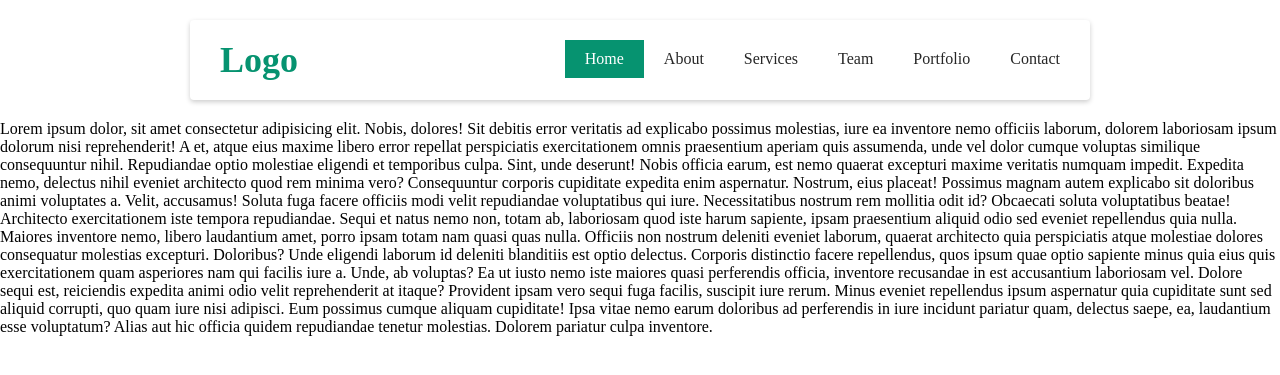
Repository: Sirius018/InventoryGenius
Page: http://localhost/Home
An editor plug-in stored every save of this project. The page is shown before and after a run of saves, followed by the edit.
The browser window is 1280 px wide. The pictures show the whole page.
The page is this project's Thymeleaf template; nobody is signed in. The template is opened directly, without the code that normally fills it, so the values that code supplies are empty.

Above is the page before, as saved 2023-06-05 03:28:26.

### ADW/InventoryGenius/src/main/resources/templates/Home.html
<!DOCTYPE html>
<html lang="en" xmlns:th="http://www.thymeleaf.org">
<head>
    <meta charset="UTF-8">
    <meta http-equiv="X-UA-Compatible" content="IE=edge">
    <meta name="viewport" content="width=device-width, initial-scale=1.0">
    <link href="https://stackpath.bootstrapcdn.com/font-awesome/4.7.0/css/font-awesome.min.css" rel="stylesheet">
    <link rel="stylesheet" href="../static/css/home.css">
    <title>Practica 50</title>
</head>
<body>

<header>
        <div class="header">
            <a class="logo" href="#">Logo</a>
        <div class="menu-toggle"></div>
        <nav>
            <ul>
                <li><a class="active" href="#">Home</a></li>
                <li><a href="#">About</a></li>
                <li><a href="#">Services</a></li>
                <li><a href="#">Team</a></li>
                <li><a href="#">Portfolio</a></li>
                <li><a href="#">Contact</a></li>
            </ul>
        </nav>
        <div class="clearfix"></div>
        </div>
    </header>

    <div>
        Lorem ipsum dolor, sit amet consectetur adipisicing elit. Nobis, dolores! Sit debitis error veritatis ad explicabo possimus molestias, iure ea inventore nemo officiis laborum, dolorem laboriosam ipsum dolorum nisi reprehenderit!
        A et, atque eius maxime libero error repellat perspiciatis exercitationem omnis praesentium aperiam quis assumenda, unde vel dolor cumque voluptas similique consequuntur nihil. Repudiandae optio molestiae eligendi et temporibus culpa.
        Sint, unde deserunt! Nobis officia earum, est nemo quaerat excepturi maxime veritatis numquam impedit. Expedita nemo, delectus nihil eveniet architecto quod rem minima vero? Consequuntur corporis cupiditate expedita enim aspernatur.
        Nostrum, eius placeat! Possimus magnam autem explicabo sit doloribus animi voluptates a. Velit, accusamus! Soluta fuga facere officiis modi velit repudiandae voluptatibus qui iure. Necessitatibus nostrum rem mollitia odit id?
        Obcaecati soluta voluptatibus beatae! Architecto exercitationem iste tempora repudiandae. Sequi et natus nemo non, totam ab, laboriosam quod iste harum sapiente, ipsam praesentium aliquid odio sed eveniet repellendus quia nulla.
        Maiores inventore nemo, libero laudantium amet, porro ipsam totam nam quasi quas nulla. Officiis non nostrum deleniti eveniet laborum, quaerat architecto quia perspiciatis atque molestiae dolores consequatur molestias excepturi. Doloribus?
        Unde eligendi laborum id deleniti blanditiis est optio delectus. Corporis distinctio facere repellendus, quos ipsum quae optio sapiente minus quia eius quis exercitationem quam asperiores nam qui facilis iure a.
        Unde, ab voluptas? Ea ut iusto nemo iste maiores quasi perferendis officia, inventore recusandae in est accusantium laboriosam vel. Dolore sequi est, reiciendis expedita animi odio velit reprehenderit at itaque?
        Provident ipsam vero sequi fuga facilis, suscipit iure rerum. Minus eveniet repellendus ipsum aspernatur quia cupiditate sunt sed aliquid corrupti, quo quam iure nisi adipisci. Eum possimus cumque aliquam cupiditate!
        Ipsa vitae nemo earum doloribus ad perferendis in iure incidunt pariatur quam, delectus saepe, ea, laudantium esse voluptatum? Alias aut hic officia quidem repudiandae tenetur molestias. Dolorem pariatur culpa inventore.
    </div>



<script src="https://code.jquery.com/jquery-3.6.0.js" integrity="sha256-H+K7U5CnXl1h5ywQfKtSj8PCmoN9aaq30gDh27Xc0jk=" crossorigin="anonymous"></script>
<script src="../static/js/home.js"></script>
</body>
</html>

### ADW/InventoryGenius/src/main/resources/static/css/home.css
/********************************** RESET PROPIEDADES **********************************/
* {
    margin: 0;
    padding: 0;
    box-sizing: border-box;
}
a {
    text-decoration: none;
    color: inherit;
}
ul, ol {
    list-style: none;
}
body, h1, h2, h3, h4, h5, h6, p, ul, ol, li {
    margin: 0;
    padding: 0;
    font-size: 100%;
    font-weight: normal;
}
img {
    display: block;
    max-width: 100%;
    height: auto;
}
input, textarea, button {
    margin: 0;
    padding: 0;
    border: none;
    outline: none;
    background: none;
    font-family: inherit;
    font-size: inherit;
    color: inherit;
    resize: none;
}
button {
    cursor: pointer;
}
li {
    list-style: none;
}
/************************************************************************************************************/





.header{
    position: relative;
    max-width: 900px;
    margin: 20px auto;
    padding: 10px;
    background: #fff;
    box-sizing: border-box;
    border-radius: 4px;
    box-shadow: 0 2px 5px rgba(0,0,0,.2);
}

.logo{
    color: #069370;
    height: 60px;
    line-height: 60px;
    padding: 0 20px;
    font-size: 36px;
    text-align: center;
    float: left;
    font-weight: 700;
    text-decoration: none;
}

nav{
    float: right;
}

.clearfix{
    clear: both;
}

nav ul{
    margin: 0;
    padding: 0;
    display: flex;
}

nav ul li{
    list-style: none;
}

nav ul li a{
    display: block;
    margin: 10px 0;
    padding: 10px 20px;
    text-decoration: none;
    color: #262626;
}

nav ul li a:hover,
nav ul li a.active{
    background: #069370;
    color: #fff;
    transition: .5s;
}

@media (max-width: 900px) {
    header{
        margin: 20px;
    }
}

@media (max-width: 768px) {
    .menu-toggle{
        display: block;
        width: 40px;
        height: 40px;
        margin: 10px;
        float: right;
        cursor: pointer;
        text-align: center;
        font-size: 30px;
        color: #096370;
    }
    .menu-toggle::before{
        content: '\f0c9';
        font-family: fontAwesome;
        line-height: 40px;

    }
    .menu-toggle.active:before{
        content: '\f00d';
    }
    nav{
        display: none;
    }
    nav.active{
        display: block;
        width: 100%;
    }
    nav.active ul{
        display: block;
    }
    nav.active ul li a{
        margin: 0;
    }
}

### ADW/InventoryGenius/src/main/resources/static/js/home.js
$(document).ready(function(){
    $('.menu-toggle').click(function(){
        $('.menu-toggle').toggleClass('active')
        $('nav').toggleClass('active')
    })
})

After the next 2 saves:
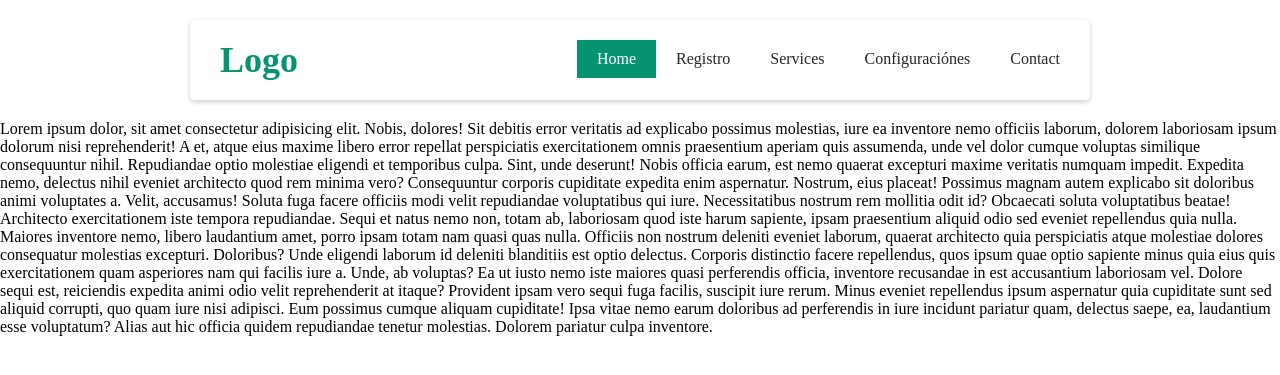
The 2 saves are shown as one change because they came seconds apart.
The last was saved 36 s later.
--- a/ADW/InventoryGenius/src/main/resources/templates/Home.html
+++ b/ADW/InventoryGenius/src/main/resources/templates/Home.html
@@ -17,10 +17,9 @@
         <nav>
             <ul>
                 <li><a class="active" href="#">Home</a></li>
-                <li><a href="#">About</a></li>
+                <li><a href="#">Registro</a></li>
                 <li><a href="#">Services</a></li>
-                <li><a href="#">Team</a></li>
-                <li><a href="#">Portfolio</a></li>
+                <li><a href="#">Configuraciónes</a></li>
                 <li><a href="#">Contact</a></li>
             </ul>
         </nav>
